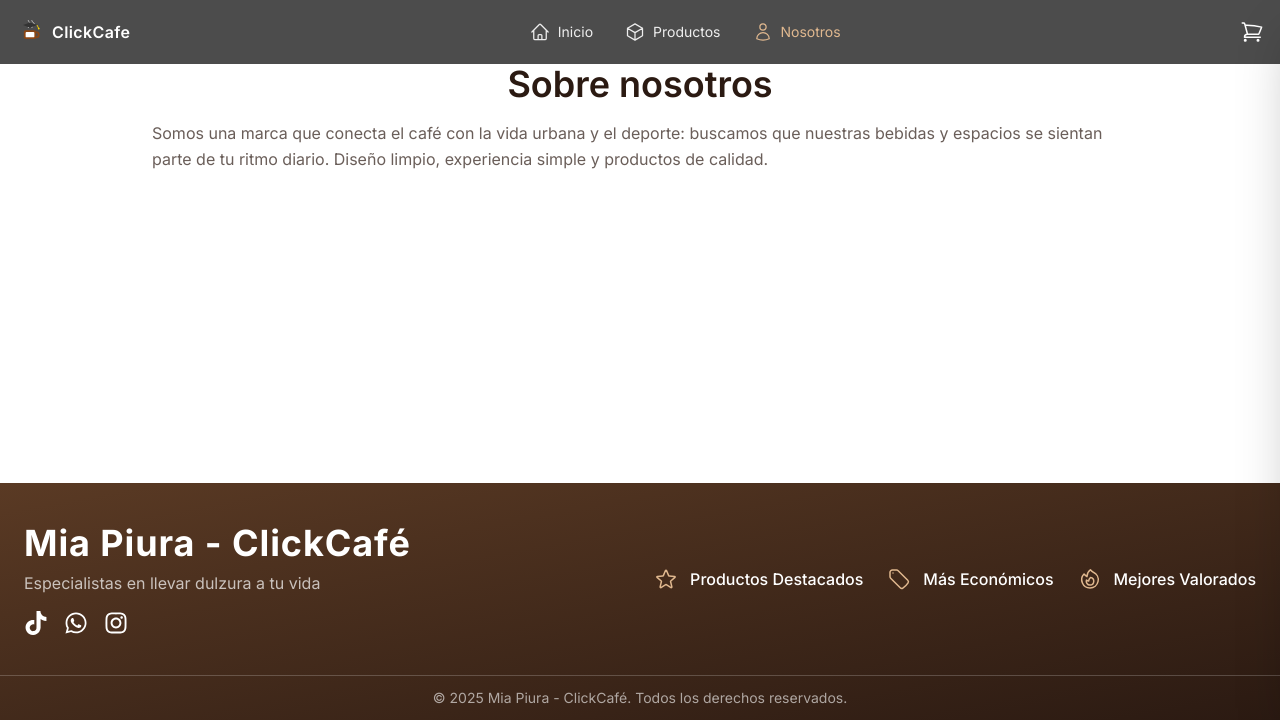
Repository: Adrian-JP777/INTEGRADOR
Page: /about (app in clickcafe/)
An editor plug-in stored every save of this project. The page is shown before and after the next save, followed by the edit.
The browser window is 1280 px wide. The pictures show the whole page.
The project was rebuilt for these pictures with package versions that can differ from the ones it lists, and the page was loaded fresh each time. Also part of the build but not shown: clickcafe/vite.config.js, clickcafe/src/components/ui/boton.jsx, clickcafe/src/components/Hero.jsx, clickcafe/src/data/products.js, clickcafe/src/components/ProductCard.jsx, clickcafe/src/components/ProductTabs.jsx, clickcafe/src/components/Promotions.jsx, clickcafe/src/pages/HomePage.jsx and 6 more.

Above is the page before, as saved 2025-09-24 23:40:47.

After the next save:
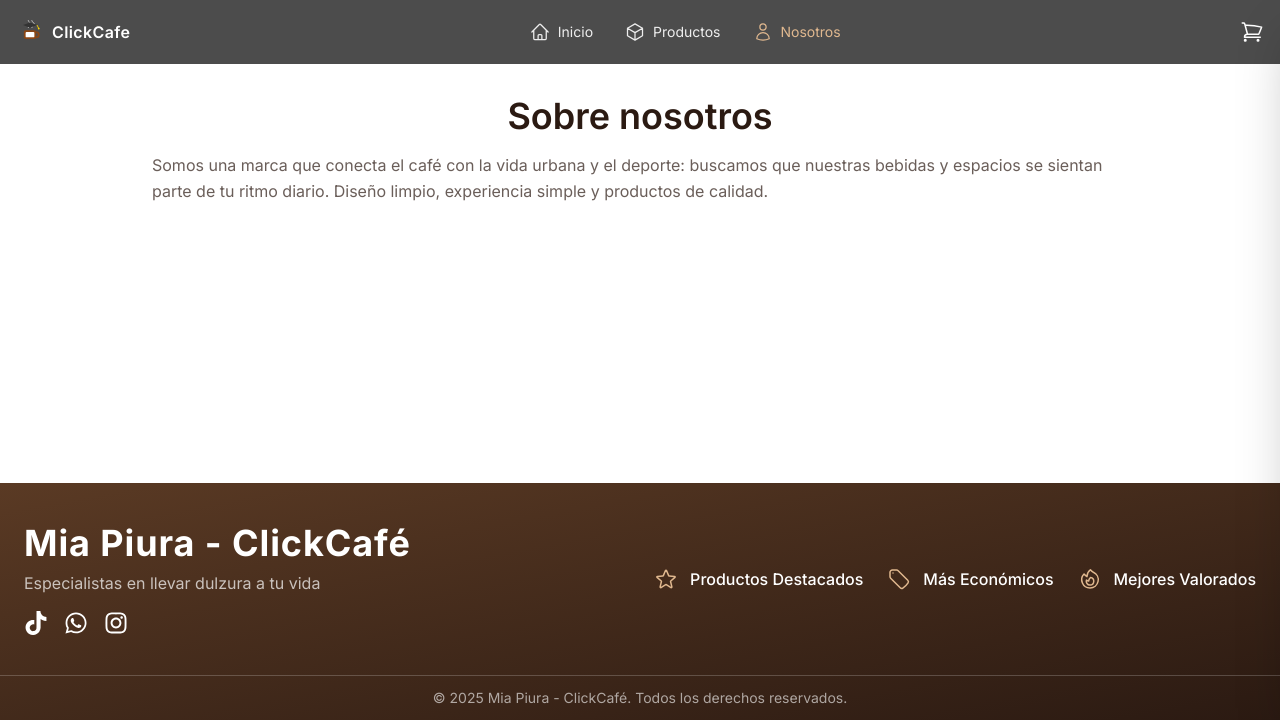
Saved 34 s later.
--- a/clickcafe/src/pages/AboutPage.jsx
+++ b/clickcafe/src/pages/AboutPage.jsx
@@ -1,6 +1,6 @@
 export default function AboutPage(){
   return (
-    <section className="py-16 max-w-5xl mx-auto px-6">
+    <section className="py-24 max-w-5xl mx-auto px-6">
       <h1 className="titulo-seccion">Sobre nosotros</h1>
       <p className="mt-4 parrafo-suave">
         Somos una marca que conecta el café con la vida urbana y el deporte: buscamos que
